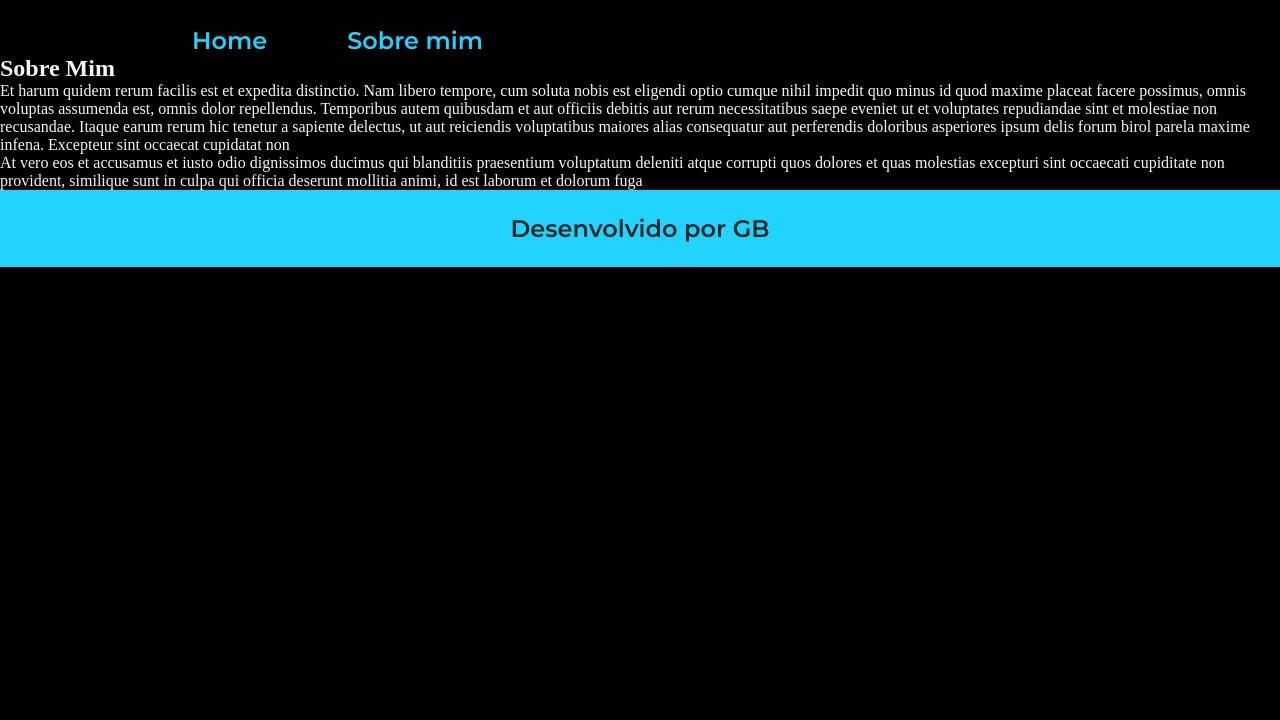
Repository: YoungAkira/CursoHtmlCss
Page: about.html
An editor plug-in stored every save of this project. The page is shown before and after the next save, followed by the edit.
The browser window is 1280 px wide. The pictures show the whole page.
Some web fonts or font styles are not loaded; a fallback is used.

Above is the page before, as saved 2023-05-16 10:19:37.

After the next save:
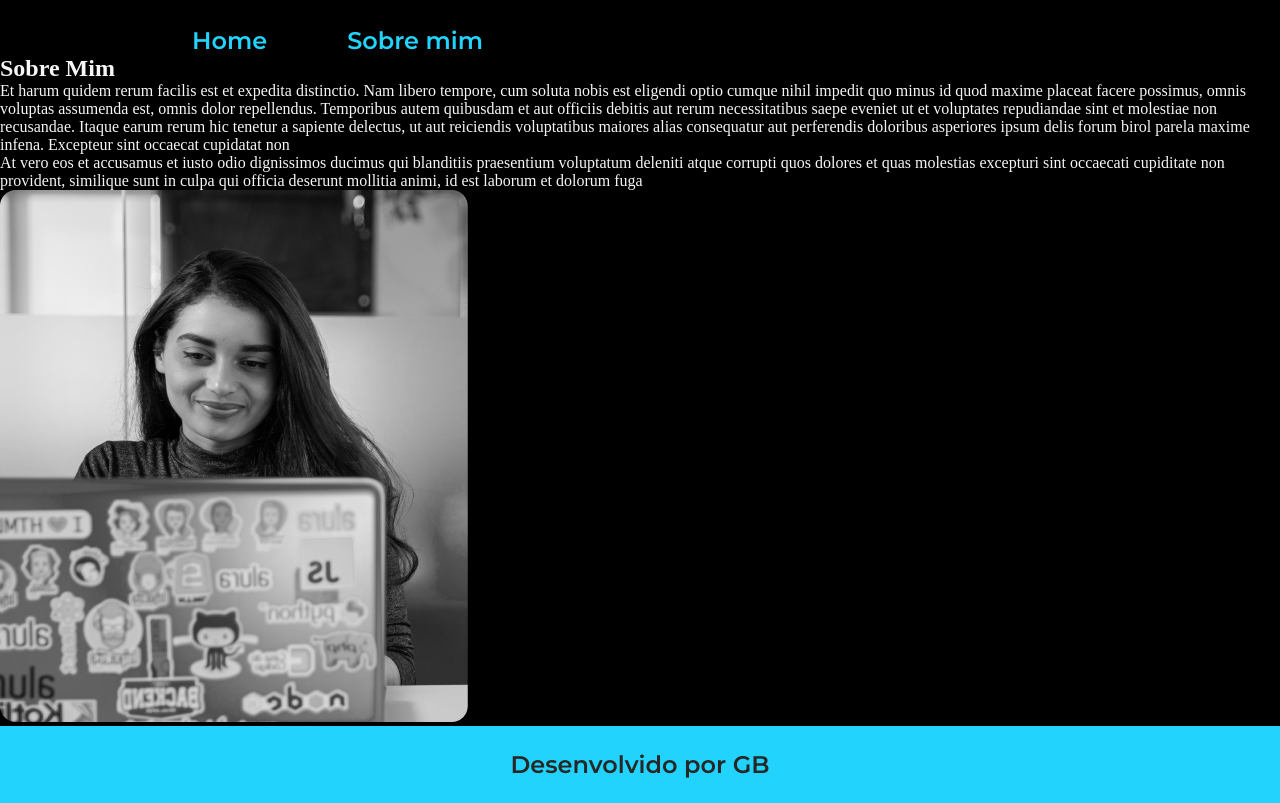
Saved 2 min 14 s later.
--- a/about.html
+++ b/about.html
@@ -20,6 +20,7 @@
               <p>Et harum quidem rerum facilis est et expedita distinctio. Nam libero tempore, cum soluta nobis est eligendi optio cumque nihil impedit quo minus id quod maxime placeat facere possimus, omnis voluptas assumenda est, omnis dolor repellendus. Temporibus autem quibusdam et aut officiis debitis aut rerum necessitatibus saepe eveniet ut et voluptates repudiandae sint et molestiae non recusandae. Itaque earum rerum hic tenetur a sapiente delectus, ut aut reiciendis voluptatibus maiores alias consequatur aut perferendis doloribus asperiores ipsum delis forum birol parela maxime infena. Excepteur sint occaecat cupidatat non</p>
               <p>At vero eos et accusamus et iusto odio dignissimos ducimus qui blanditiis praesentium voluptatum deleniti atque corrupti quos dolores et quas molestias excepturi sint occaecati cupiditate non provident, similique sunt in culpa qui officia deserunt mollitia animi, id est laborum et dolorum fuga</p>
         </section>
+        <img src="/assets/imagem.png" alt="Foto Joana Santos programando">
     </main>
 
     <footer class="rodape">
